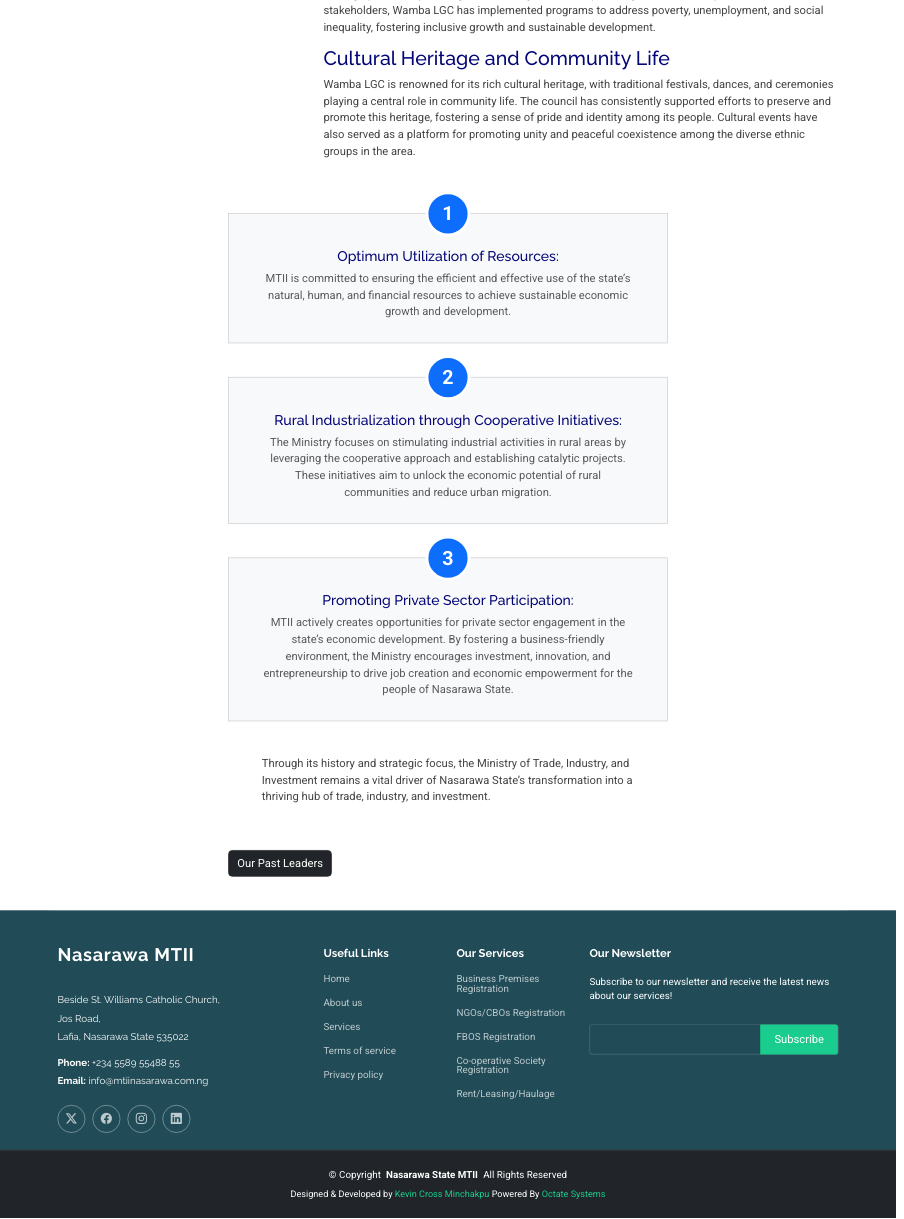
Repository: GlorifiedIntel/wamba-lgc
Page: wamba-history.html
These files come from the project's save history. The page is drawn as it stood at one moment and after a run of saves; the edit follows.
The browser window is 1280 px wide. The page is 1292 px wide, so the pictures cover 1292 px, including what lies to the right of the window. The pictures show the part of the page from y = 1098 to 2978 px (the page is 2839 px tall before and 3016 px after), at 70% of full size.

Above is the page before, as saved 2025-02-06 02:45:40.
Console error: TypeError: Cannot read properties of null (reading 'click')

After the next 2 saves:
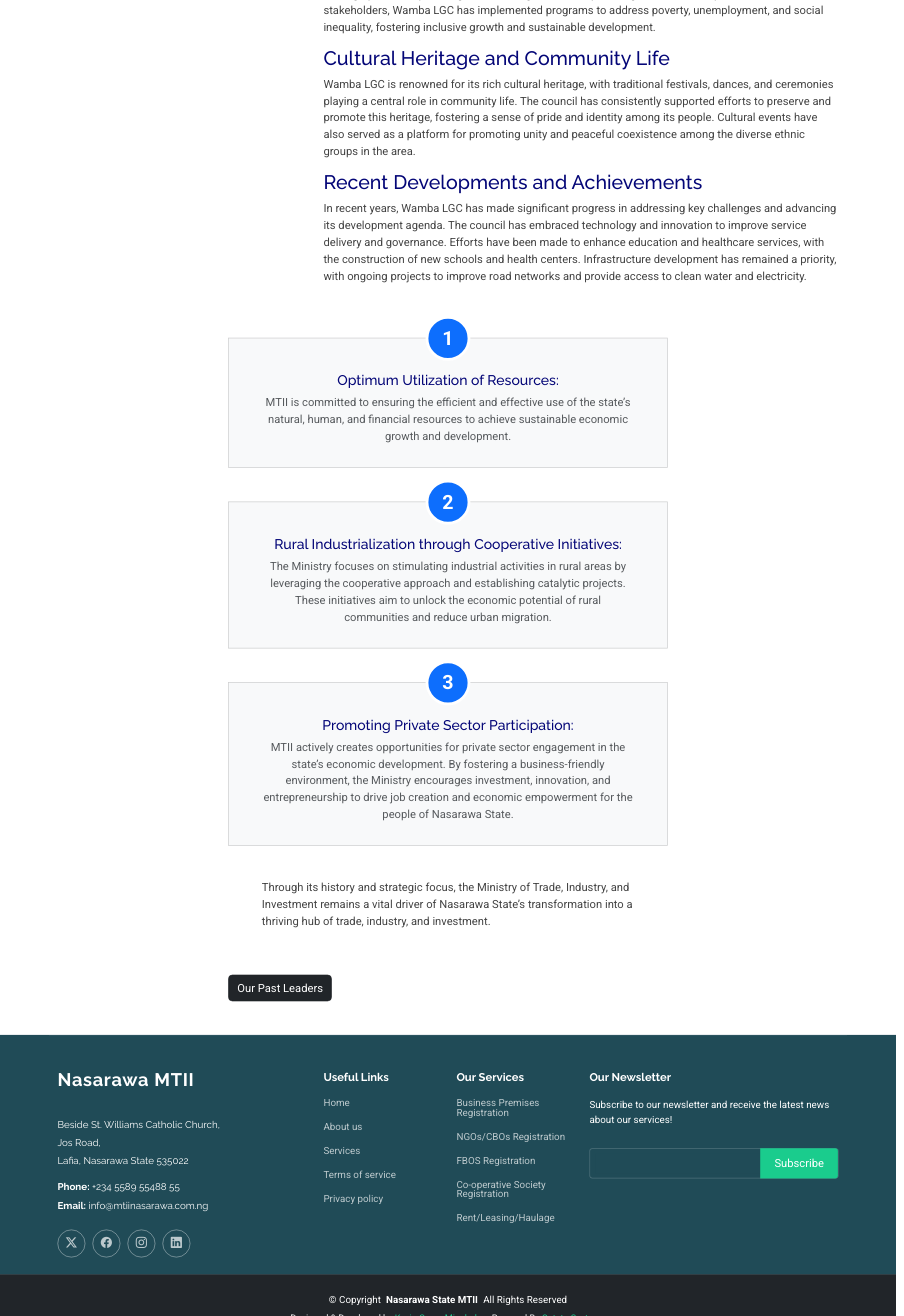
The 2 saves are shown as one change because they came seconds apart.
The last was saved 57 s later.
--- a/wamba-history.html
+++ b/wamba-history.html
@@ -150,7 +150,8 @@
           <p>Over the years, Wamba LGC has experienced significant socio-economic growth, driven by strategic development initiatives and community-driven projects. The council has prioritized infrastructure development, education, healthcare, and agriculture to improve the quality of life for its residents. Through partnerships with government agencies, non-profit organizations, and private sector stakeholders, Wamba LGC has implemented programs to address poverty, unemployment, and social inequality, fostering inclusive growth and sustainable development.</p>
           <h3>Cultural Heritage and Community Life</h3>
           <p>Wamba LGC is renowned for its rich cultural heritage, with traditional festivals, dances, and ceremonies playing a central role in community life. The council has consistently supported efforts to preserve and promote this heritage, fostering a sense of pride and identity among its people. Cultural events have also served as a platform for promoting unity and peaceful coexistence among the diverse ethnic groups in the area.          </p>
-
+          <h3>Recent Developments and Achievements</h3>
+          <p>In recent years, Wamba LGC has made significant progress in addressing key challenges and advancing its development agenda. The council has embraced technology and innovation to improve service delivery and governance. Efforts have been made to enhance education and healthcare services, with the construction of new schools and health centers. Infrastructure development has remained a priority, with ongoing projects to improve road networks and provide access to clean water and electricity.          </p>
 
 
 
